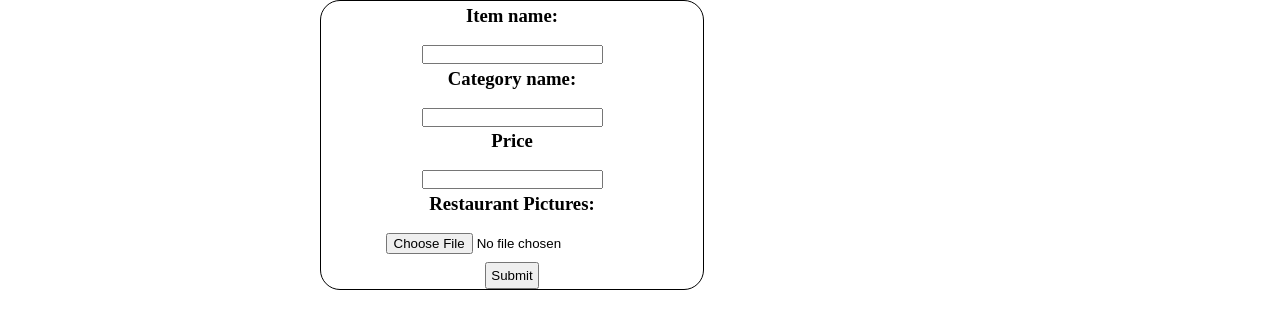
Repository: jatannoury/Ecommerce-Laravel-Electron
Page: Admin-electron/src/HTML/add_item.html
The author's editor kept a copy of each file at every save. The page is drawn from the files as they stood at one save, then again after the next save.
The browser window is 1280 px wide. The pictures show the whole page.

Above is the page before, as saved 2022-06-10 22:56:47.

After the next save:
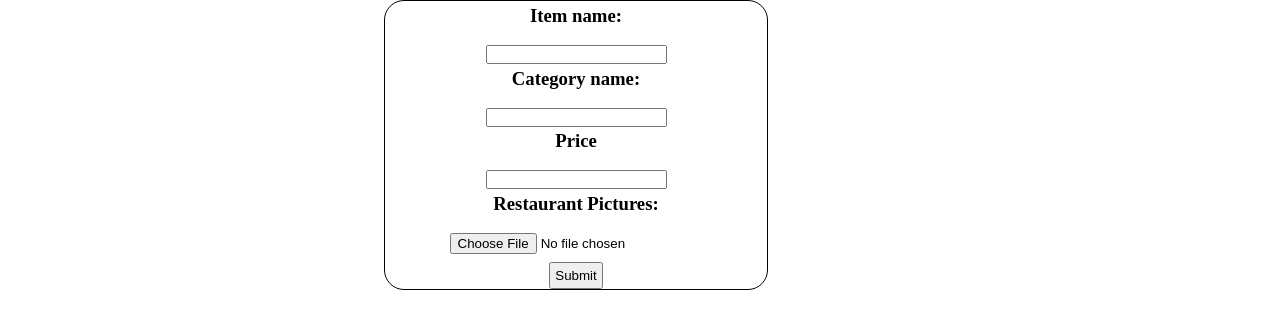
Saved 9 s later.
--- a/Admin-electron/src/CSS/styles.css
+++ b/Admin-electron/src/CSS/styles.css
@@ -37,5 +37,5 @@ form {
     border-radius: 20px;
     width:30%;
     text-align: center;
-    margin-left: 25%;
+    margin-left: 30%;
 }
